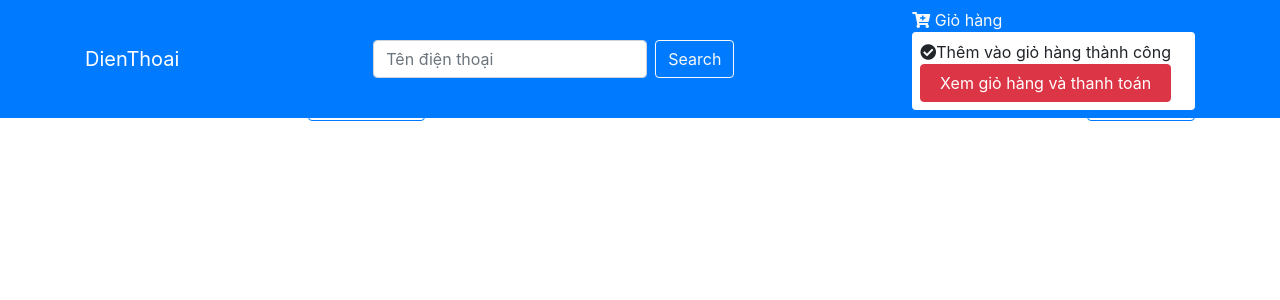
Repository: dovanthao2404/BC14_Bai_Tap_Ban_Dien_Thoai_dovanthao
Page: app/views/index.html
These files come from the project's save history. The page is drawn as it stood at one moment and after the next save; the edit follows.
The browser window is 1280 px wide. The pictures show the whole page.
Some web libraries are served in a nearby version. The style sheet was rebuilt from its Sass, Less or Tailwind sources for each picture, by a compiler version that may differ from the author's.

Above is the page before, as saved 2021-08-14 16:05:25.
Console error (its wording comes from the project's code and is left out).

### app/views/index.html
<!DOCTYPE html>
<html lang="en">

<head>
  <meta charset="UTF-8">
  <meta http-equiv="X-UA-Compatible" content="IE=edge">
  <meta name="viewport" content="width=device-width, initial-scale=1.0">
  <title>Dien Thoai Xin</title>




  <!-- FONT AWESOME -->
  <link rel="stylesheet" href="https://cdnjs.cloudflare.com/ajax/libs/font-awesome/5.15.4/css/all.min.css"
    integrity="sha512-1ycn6IcaQQ40/MKBW2W4Rhis/DbILU74C1vSrLJxCq57o941Ym01SwNsOMqvEBFlcgUa6xLiPY/NS5R+E6ztJQ=="
    crossorigin="anonymous" referrerpolicy="no-referrer" />

  <!-- GOOGLE FONTS -->

  <link rel="preconnect" href="https://fonts.googleapis.com">
  <link rel="preconnect" href="https://fonts.gstatic.com" crossorigin>
  <link
    href="https://fonts.googleapis.com/css2?family=Roboto:ital,wght@0,300;0,400;0,700;1,300;1,400;1,700&display=swap"
    rel="stylesheet">

  <!-- B4 -->
  <link rel="stylesheet" href="https://cdn.jsdelivr.net/npm/bootstrap@4.6.0/dist/css/bootstrap.min.css"
    integrity="sha384-B0vP5xmATw1+K9KRQjQERJvTumQW0nPEzvF6L/Z6nronJ3oUOFUFpCjEUQouq2+l" crossorigin="anonymous">

  <!-- MAIN CSS -->
  <link rel="stylesheet" href="../../assets/css/main.css">
</head>

<body>
  <header class="fixed-top">
    <nav class="navbar navbar-dark bg-primary">
      <div class="container">

        <a href="#" class="navbar-brand">
          DienThoai
        </a>
        <form class="form-inline my-2 my-lg-0">
          <input id="valueSearch" class="form-control mr-sm-2" type="search" placeholder="Tên điện thoại"
            aria-label="Search">
          <button id="btnSearch" class="btn btn-outline-light my-2 my-sm-0" type="button">Search</button>
        </form>
        <div class="phone-cart">
          <a href="cart.html" class="text-light">
            <i class="fa fa-cart-plus"></i> Giỏ hàng
          </a>
          <div class="notifiSuccess py-2 pl-2 pr-4 bg-white rounded">
            <div class="d-flex align-items-center">
              <i class="fa fa-check-circle"></i>
              <p class="m-0">Thêm vào giỏ hàng thành công</p>
            </div>
            <button class="btn btn-danger w-100" data-target="cart.html">Xem giỏ hàng và thanh toán</button>
          </div>
        </div>
      </div>
    </nav>

  </header>

  <section class="phone-product">
    <div class="container">
      <div id="listAll-type">
        <div class="phone-title">
          <div class="d-flex justify-content-between align-items-center my-3">
            <div class="d-flex align-items-center">
              <h3 class="mr-3">
                Danh sản phẩm
              </h3>
              <div>
                <select class="phone-select" name="" id="phoneType">
                  <option value="">Lọc</option>
                  <option value="Samsung">Samsung</option>
                  <option value="Iphone">Iphone</option>
                </select>

              </div>
            </div>
            <div class="sort-name">
              <select class="phone-select" name="" id="sortPhone">
                <option value="">Sắp xếp</option>
                <option value="a">A - Z</option>
                <option value="z">Z - A</option>
              </select>
            </div>
          </div>
        </div>
        <div class="phone-list">
          <div class="row" id="listPhoneView">

          </div>
        </div>
      </div>
    </div>
    </div>
  </section>


  <!-- B4 -->
  <script src="https://code.jquery.com/jquery-3.5.1.slim.min.js"
    integrity="sha384-DfXdz2htPH0lsSSs5nCTpuj/zy4C+OGpamoFVy38MVBnE+IbbVYUew+OrCXaRkfj"
    crossorigin="anonymous"></script>
  <script src="https://cdn.jsdelivr.net/npm/bootstrap@4.6.0/dist/js/bootstrap.bundle.min.js"
    integrity="sha384-Piv4xVNRyMGpqkS2by6br4gNJ7DXjqk09RmUpJ8jgGtD7zP9yug3goQfGII0yAns"
    crossorigin="anonymous"></script>


  <!-- AXIOS -->
  <script src="https://cdnjs.cloudflare.com/ajax/libs/axios/0.21.1/axios.min.js"
    integrity="sha512-bZS47S7sPOxkjU/4Bt0zrhEtWx0y0CRkhEp8IckzK+ltifIIE9EMIMTuT/mEzoIMewUINruDBIR/jJnbguonqQ=="
    crossorigin="anonymous" referrerpolicy="no-referrer"></script>

  <script type="module" src="./../controllers/main.js"></script>
</body>

</html>

### app/controllers/main.js
import Phone from "./../models/Phone.js"
import ListPhone from "./../models/ListPhone.js"


var listProductInCart = JSON.parse(localStorage.getItem("listProductInCart")) || [];



let getEle = (id) => {
  return document.getElementById(id)
}

let listPhone = new ListPhone();


let renderView = (arr) => {
  let html = ""
  arr.forEach((phone) => {
    html += `
    <div class="col-3 mb-3">
    <div class="card overflow-hidden h-100">
      <img
        src="${phone.img}"
        alt="" class="card-img-top">
      <div class="card-body">
        <h4 class=card-title>
        ${phone.name}
        </h4>
        <p class="card-text">${phone.desc}</p>
        </div>
        <div class="card-footer">
        <a data-action="add"  data-phone=${phone.id} class="btn btn-primary w-100">Cart</a>
        </div>
    </div>
  </div>
    `
  })
  getEle("listPhoneView").innerHTML = html

}

let fetchData = () => {
  listPhone
    .getListPhoneApi()
    .then((resp) => {
      renderView(resp.data)
    })
    .catch((err) => {
      console.log(err)
    })
}

fetchData()

let filterType = (phoneType, type) => {
  return listPhone
    .getListPhoneApi()
    .then((resp) => {
      let data = resp.data;
      data.forEach((phone) => {
        if (phone.type === type) {
          phoneType.push(phone);
        }
      })
      renderView(phoneType)
      return phoneType;
    })
    .catch((err) => {
      console.log(err)
    })
}

let sortPhone = (arr, valueSort) => {
  for (let i = 0; i < arr.length; i++) {
    for (let j = i; j < arr.length; j++) {
      if (valueSort === 1) {
        if (arr[i].name < arr[j].name) {
          let temp = arr[i];
          arr[i] = arr[j]
          arr[j] = temp;
        }
      } else {
        if (arr[i].name > arr[j].name) {
          let temp = arr[i];
          arr[i] = arr[j]
          arr[j] = temp;
        }
      }
    }
  }
  renderView(arr)
}


let delegationSelect = () => {
  let phoneType = [];
  let type = getEle("phoneType").value;
  let dataSort = getEle("sortPhone").value;

  if (type && dataSort) {

    if (dataSort === "a") {
      filterType(phoneType, type)
        .then((phoneType) => {
          sortPhone(phoneType, 1);
        })
    } else {
      filterType(phoneType, type)
        .then((phoneType) => {
          sortPhone(phoneType, 0);
        })
    }

  } else if (type && !dataSort) {

    filterType(phoneType, type);

  } else if (!type && dataSort) {

    if (dataSort === "a") {
      listPhone.getListPhoneApi()
        .then((resp) => {
          sortPhone(resp.data, 1);
        })
        .catch((err) => {
          console.log(err);
        })
    } else {
      listPhone.getListPhoneApi()
        .then((resp) => {
          sortPhone(resp.data, 0);
        })
        .catch((err) => {
          console.log(err);
        })
    }

  } else {
    fetchData()
  }
}

getEle("phoneType").addEventListener("change", delegationSelect)
getEle("sortPhone").addEventListener("change", delegationSelect)

const handleSearch = () => {
  let nameSort = getEle("valueSearch").value;
  nameSort = nameSort.toLowerCase().trim();
  listPhone.getListPhoneApi()
    .then((resp) => {
      let listPhone = resp.data;
      let listPhoneSearch = listPhone.filter((phone) => {
        return phone.name.toLowerCase().includes(nameSort);
      })
      renderView(listPhoneSearch);
    })
    .catch((err) => {
      console.log(err)
    })

}

getEle("btnSearch").addEventListener("click", handleSearch);




const delegationListPhoneView = (e) => {
  if (e.target.getAttribute("data-action") === "add") {
    let id = e.target.getAttribute("data-phone");

    listPhone.getPhoneById(id)
      .then((resp) => {
        let count = 0;
        for (let i = 0; i < listProductInCart.length; i++) {

          if (listProductInCart[i].id === id) {
            listProductInCart[i].quantity += 1;
            localStorage.setItem("listProductInCart", JSON.stringify(listProductInCart));
            count++;
          }

        }

        if (count === 0) {
          let phone = { ...resp.data }
          phone.quantity = 1;
          listProductInCart.push(phone);
          localStorage.setItem("listProductInCart", JSON.stringify(listProductInCart));

        }
      })
      .catch((err) => {
        console.log(err)
      })


  }
}


getEle("listPhoneView").addEventListener("click", delegationListPhoneView)

### app/models/Phone.js
class Phone {
  constructor({
    name,
    price,
    screen,
    backCamera,
    frontCamera,
    img,
    desc,
    type
  },) {
    this.name = name;
    this.price = price;
    this.screen = screen;
    this.backCamera = backCamera;
    this.frontCamera = frontCamera;
    this.img = img;
    this.desc = desc;
    this.type = type;
  }

}

### app/models/ListPhone.js
export default class ListPhone {
  getListPhoneApi() {
    return axios({
      url: "https://6113ecdacba40600170c1d10.mockapi.io/api/phone",
      method: "GET",
    });
  }

  getPhoneById(id) {
    return axios({
      url: `https://6113ecdacba40600170c1d10.mockapi.io/api/phone/${id}`,
      method: "GET",
    });
  }

}

//  MỚi ăn xong

### assets/scss/main.scss
.phone-product {
  margin-top: 80px;
}
.phone-select {
  padding: 8px 20px 8px 4px;
  border-color: #007bff;
  color: #007bff;
  border-radius: 4px;
  background: transparent;
  outline: none;
  cursor: pointer;
  transition: all 0.5s;
  &:hover {
    background-color: #007bff;
    color: white;
  }
  option {
    display: block;
    background-color: white;
    color: #000;
  }
}

After the next save:
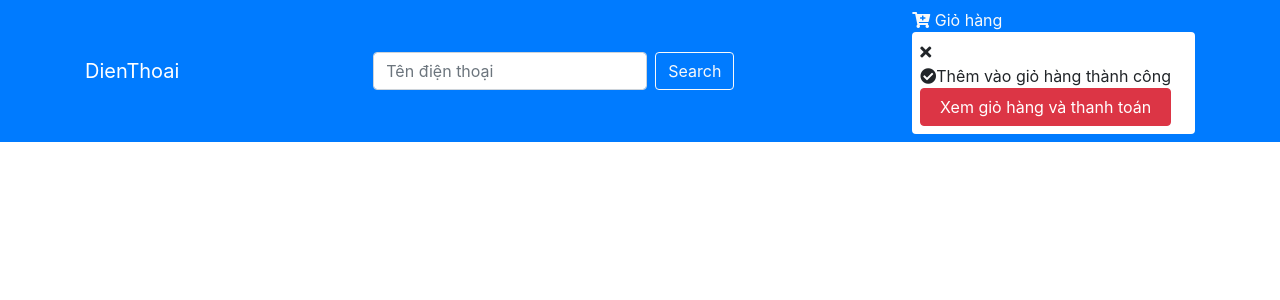
Saved 24 s later.
--- a/app/views/index.html
+++ b/app/views/index.html
@@ -49,6 +49,7 @@
             <i class="fa fa-cart-plus"></i> Giỏ hàng
           </a>
           <div class="notifiSuccess py-2 pl-2 pr-4 bg-white rounded">
+            <i class="fa fa-times"></i>
             <div class="d-flex align-items-center">
               <i class="fa fa-check-circle"></i>
               <p class="m-0">Thêm vào giỏ hàng thành công</p>
